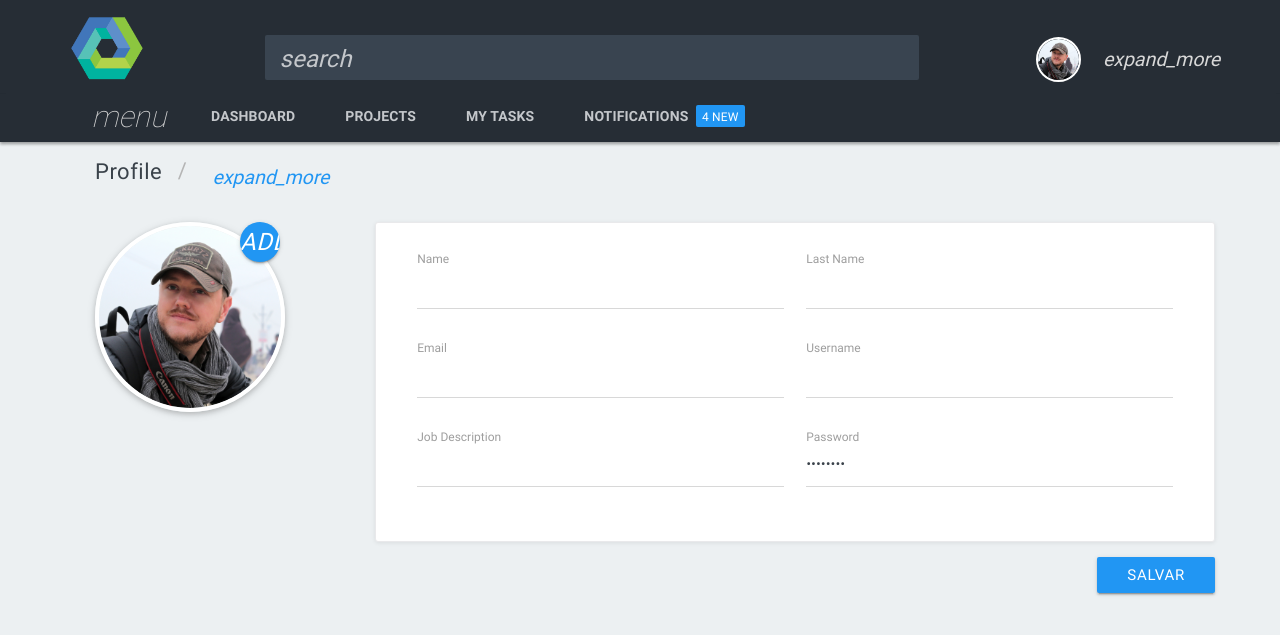
Repository: RenanChagas/ProjectManagement
Page: http://localhost/finalproject/WEB-INF/views/profile.jsp
An editor plug-in stored every save of this project. The page is shown before and after the next save, followed by the edit.
The browser window is 1280 px wide. The pictures show the whole page.
The page is served by Tomcat 9. Nobody is signed in. Other server files are loaded and not shown. The template is opened directly, without the code that normally fills it, so the values that code supplies are empty.

Above is the page before, as saved 2017-08-27 21:31:38.

### finalproject/src/main/webapp/WEB-INF/views/profile.jsp
<%@ page language="java" contentType="text/html; charset=ISO-8859-1" pageEncoding="ISO-8859-1"%>
<%@ taglib prefix="c" uri="http://java.sun.com/jsp/jstl/core"%>
<%@ taglib prefix="form" uri="http://www.springframework.org/tags/form"%>
<%@ taglib prefix="t" uri="http://www.springframework.org/tags"%>

<!DOCTYPE html>
<html lang="en">
<head>
  <meta http-equiv="Content-Type" content="text/html; charset=UTF-8"/>
  <meta name="viewport" content="width=device-width, initial-scale=1, maximum-scale=1.0"/>
  <title>Course Management</title>

  <!-- CSS  -->
  <link href="https://fonts.googleapis.com/icon?family=Material+Icons" rel="stylesheet">
  <link type="text/css" rel="stylesheet" media="screen,projection" href="<c:url value='/static/css/materialize.css' />"/>
  <link type="text/css" rel="stylesheet" media="screen,projection" href="<c:url value='/static/css/custom-css.css' />"/>

  <!--  Scripts-->
  <script src="<c:url value="/static/js/jquery-2.1.1.min.js" />"></script>
  <script src="<c:url value="/static/js/materialize.js" />"></script>
  <script src="<c:url value="/static/js/menu.js" />"></script>

  <!-- Website Logo -->
  <link rel="icon" href="<c:url value="/static/images/default/logo.png"/>">

  <script type="text/javascript">

  $(document).ready(function(){

	  $('#uploadAvatar').click(function(){
		    $('#avatar-form').submit();
		});

  });

  </script>


</head>
<body>

	<!-- NAV TOP  -->
	<nav id="logo_nav" class="MDC-navbar-style MDC-shadow-0 hide-on-small-and-down">
    	<div class="nav-wrapper MDC-nav-margin">
    		<!--  NAV CONTAINER -->
      		<div class="row MDC-nav-top-container ">

        	<!-- Logo -->
        	<div class="col s12 m3 l2">
          		<div class="MDC-nav-logo-position">
          			<img src="<c:url value="/static/images/default/logo.png"/>" class="MDC-nav-logo-size"/>
          		</div>
        	</div>

        	<!-- Search -->
        	<div class="col s12 m7 l7">
          		<div class="MDC-nav-search-position">
            	<form>
              		<div class="input-field">
                		<input id="search" type="search" class="MDC-nav-search-focus" required>
                		<label class="label-icon" for="search"><i class="material-icons MDC-nav-search-focus">search</i></label>
                  		<i class="material-icons MDC-nav-search-focus">close</i>
              		</div>
            	</form>
          		</div>
        	</div>

        	<!-- Avatar -->
        	<div class="col s12 m2 l3">
          		<div class="MDC-nav-account-position">
	            	<!-- Dropdown Trigger -->
	            	<a class="dropdown-button " data-beloworigin="true"
	               		href='#' data-activates='account-dropdown'>
	               		<div class="MDC-nav-account-option-position hide-on-med-and-down">
	                		 <i class="material-icons MDC-icon-small MDC-color-grey-light">expand_more</i>
	               		</div>
	               		<span class="MDC-login-text MDC-nav-account-text-position
	               					MDC-color-grey-light hide-on-med-and-down">
	                 	${user.username}
	               		</span>
	               		<img src="<c:url value="/static/images/users/renanchagasw/renanchagasw.png"/>"
	               				class="MDC-avatar-circle-small mdc-nav-avatar-position"/>
	            	</a>
	            	<!-- Dropdown Structure -->
	            	<ul id='account-dropdown' class='dropdown-content MDC-nav-account-dropdown-position'>
	              		<li><a id="profile" class="modal-trigger MDC-color-grey-dark-2 MDC-font-15" href="profile">Profile</a></li>
	              		<li><a class="MDC-color-grey-dark-2 MDC-font-15" href="#!">Report a Problem</a></li>
	              		<li class="divider"></li>
	              		<li><a class="MDC-color-grey-dark-2 MDC-font-15" href="logout">Logout</a></li>
	            	</ul>
          		</div>
        	</div>

			</div>
			<!--  NAV CONTAINER - END-->
		</div>
	</nav>
	<!-- NAV TOP - END -->

  	<!-- NAV MENU  -->
  <div class="MDC-menu-fullWidth">
    <div class="MDC-shadow-bottom">
      <header class="MDC-shadow-bottom">
        <nav id="menu_nav" class="MDC-navbar-menu-size MDC-navbar-style MDC-shadow-0 MDC-nav-margin">
          <div class="nav-wrapper MDC-nav-margin MDC-left">
            <!-- MENU ROW -->
            <div class="row">
              <div class="col">
                <div class="MDC-nav-menu-container">

                  <ul id="nav-mobile" class="MDC-nav-menu-ul left left-align">
                    <a href="#" id="mobile-icon" onclick="openNav()" class="left MDC-padding-mobile-0
                    MDC-hover-none">
                      <i class="material-icons MDC-nav-tabs-icon MDC-color-grey-light">
                        menu
                      </i>
                    </a>
                    <li class="MDC-navbar-menu"><a href="dashboard">Dashboard</a></li>
                    <li class="MDC-navbar-menu"><a href="#!">Projects</a></li>
                    <li class="MDC-navbar-menu"><a href="#!">My Tasks</a></li>
                    <li class="MDC-navbar-menu"><a href="#!">Notifications
                      <span class="new badge MDC-notification-badge-style" data-badge-caption="">
                        <font class="MDC-font-weight-400">4 NEW</font>
                      </span>
                      </a>
                    </li>
                  </ul>
                  <div id="mySidenav" class="MDC-sidenav">
                    <a href="javascript:void(0)" class="MDC-closebtn" onclick="closeNav()">x</a>
                    <a href="#">About</a>
                    <a href="#">Services</a>
                    <a href="#">Clients</a>
                    <a href="#">Contact</a>
                  </div>

                </div>
              </div>
            </div>
            <!-- MENU ROW - END -->
          </div>
        </nav>
      </header>
    </div>
  </div>
  <!-- NAV MENU - END -->

  <!-- TITLE PAGE -->
  <div class="row  MDC-page-center MDC-page-container">
    <div class="col MDC-padding-0 left">
      <div class="MDC-page-title-size">
        <font class="MDC-h5-style MDC-color-grey-dark-2 MDC-display-inline">Profile</font>
        <font class="MDC-h5-style MDC-color-grey-light-2 MDC-display-inline MDC-relative
                     MDC-news-counterBar-position">/
        </font>
        <font class="MDC-h5-style MDC-color-blue MDC-display-inline">${user.username}</font>
        <i class="material-icons MDC-icon-small MDC-color-blue
                  MDC-news-expand-icon-position MDC-relative">expand_more</i>

      </div>
    </div>
  </div>
  <!-- TITLE PAGE - END -->

  <div class="MDC-page-center MDC-page-container">
    <div class="row MDC-page-margin-top">

      <!-- AVATAR LEFT -->
      <form id="avatar-form" method="POST" action="uploadFile" enctype="multipart/form-data">
      <div class="col s12 m5 l3 MDC-padding-0">
        <a id="uploadAvatar" class="btn-floating btn waves-effect MDC-absolute
                                  MDC-profile-add-position right">
          <i class="material-icons">add</i>
          <input type="file" name="file" />
        </a>
        <img src="<c:url value="/static/images/users/renanchagasw/renanchagasw.png"/>"
             class="MDC-image-circle-large MDC-shadow-default"/>

      </div>
	  </form>

      <!-- FORM - BEGIN -->
      <form:form id="profile-form" method="POST" modelAttribute="user" class="form-horizontal">
      <div class="col s12 m12 l9 MDC-padding-0">
        <div class="MDC-card MDC-profile-card-container">

            <!-- FIRST NAME -->
            <div class="input-field col s12 m6 l6 MDC-margin-bottom8">
              	<form:input value="${user.firstName}" id="firstName" placeholder="" type="text" path="firstName"
              			length="15" data-length="100"
						class="MDC-border-grey-light MDC-font-15 MDC-color-grey-dark-2 MDC-font-weight-300"/>
				<label for="input_text">Name</label>
            </div>
            <!-- LAST NAME -->
            <div class="input-field col s12 m6 l6 MDC-margin-bottom8">
              	<form:input value="${user.lastName}" id="lastName"	placeholder=""	type="text"	path="lastName"
              			data-length="100" class="MDC-border-grey-light MDC-font-15 MDC-color-grey-dark-2 MDC-font-weight-300"/>
              	<label for="lastName">Last Name</label>
            </div>
            <!-- EMAIL -->
            <div class="input-field col s12 m6 l6 MDC-margin-bottom8">
              <form:input value="${user.email}" id="email" placeholder="" type="email" path="email"
              			data-length="100" class="MDC-border-grey-light MDC-font-15 MDC-color-grey-dark-2 MDC-font-weight-300"/>
              <label for="email">Email</label>
            </div>
            <!-- USERNAME -->
            <div class="input-field col s12 m6 l6 MDC-margin-bottom8">
              <form:input value="${user.username}" id="username" placeholder="" type="text" path="username"
              			data-length="100" class="MDC-border-grey-light MDC-font-15 MDC-color-grey-dark-2 MDC-font-weight-300"/>
              <label for="username">Username</label>
            </div>
            <!-- JOB DESCRIPTION -->
            <div class="input-field col s12 m6 l6 MDC-margin-bottom8">
              <form:input value="${user.jobDesc}" id="jobDesc" placeholder="" type="text" path="jobDesc"
              			data-length="50" class="MDC-border-grey-light MDC-font-15 MDC-color-grey-dark-2 MDC-font-weight-300"/>
              <label for="jobDesc">Job Description</label>
            </div>
            <!-- JOB DESCRIPTION -->
            <div class="input-field col s12 m6 l6 MDC-margin-bottom8">
              <form:input value="password" id="password" placeholder="" type="password" path="password"
              			data-length="20" class="MDC-border-grey-light MDC-font-15 MDC-color-grey-dark-2 MDC-font-weight-300"/>
              <label for="password">Password</label>
            </div>
        </div>
        <button id="salvar" type="submit" class="btn waves-effect waves-light
        blue MDC-form-text right" name="action">
          Salvar
        </button>
      </div>
      </form:form>
      <!-- FORM - END -->

    </div>
  </div>

</body>
</html>

Loaded but not shown: finalproject/src/main/webapp/static/css/materialize.css (library); finalproject/src/main/webapp/static/js/jquery-2.1.1.min.js (library); finalproject/src/main/webapp/static/js/materialize.js (library); finalproject/src/main/webapp/static/js/menu.js (49 lines, source omitted); finalproject/src/main/webapp/static/css/custom-css.css (1593 lines, source omitted)

After the next save:
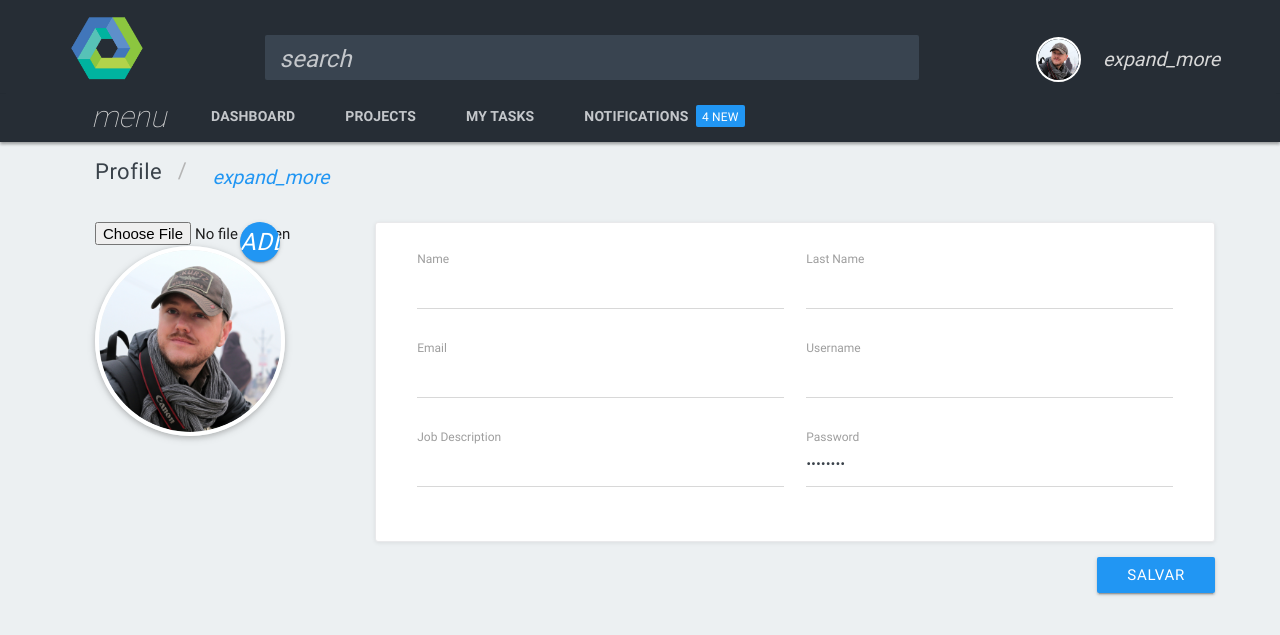
Saved 71 s later.
--- a/finalproject/src/main/webapp/WEB-INF/views/profile.jsp
+++ b/finalproject/src/main/webapp/WEB-INF/views/profile.jsp
@@ -170,8 +170,8 @@
         <a id="uploadAvatar" class="btn-floating btn waves-effect MDC-absolute
                                   MDC-profile-add-position right">
           <i class="material-icons">add</i>
-          <input type="file" name="file" />
         </a>
+        <input type="file" name="file" />
         <img src="<c:url value="/static/images/users/renanchagasw/renanchagasw.png"/>"
              class="MDC-image-circle-large MDC-shadow-default"/>
 

After the 2 saves that followed:
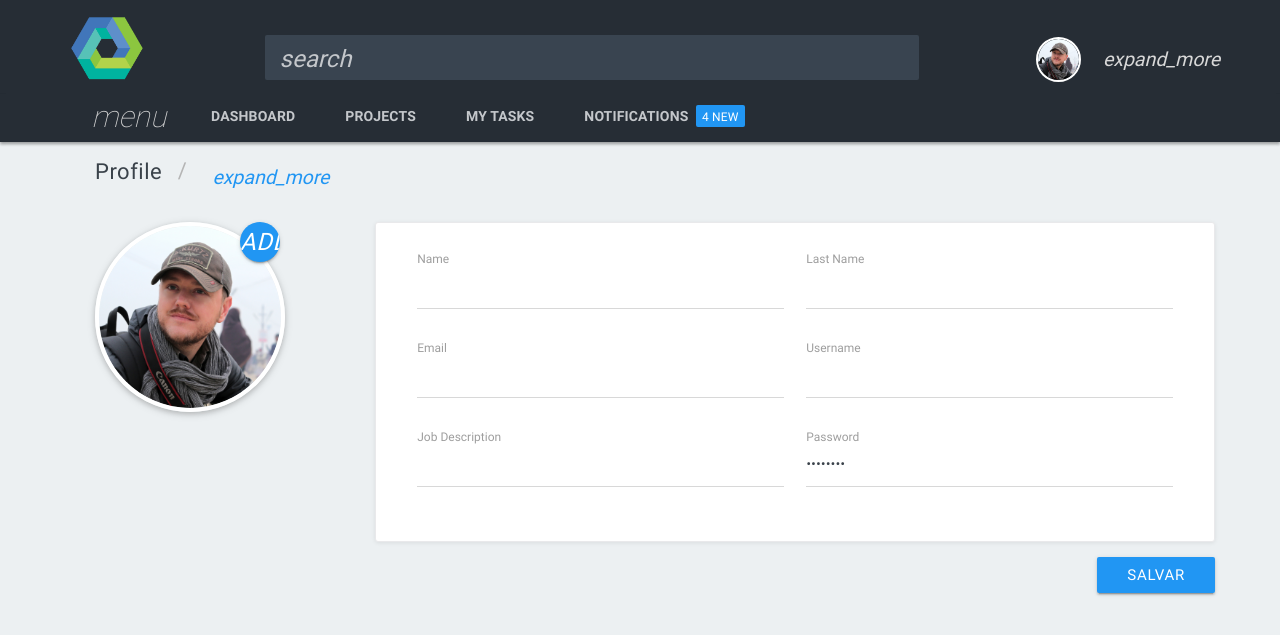
The 2 saves are shown as one change because 1 left the picture as it was.
The last was saved 2 min 23 s later.
--- a/finalproject/src/main/webapp/WEB-INF/views/profile.jsp
+++ b/finalproject/src/main/webapp/WEB-INF/views/profile.jsp
@@ -171,7 +171,7 @@
                                   MDC-profile-add-position right">
           <i class="material-icons">add</i>
         </a>
-        <input type="file" name="file" />
+        <input type="file" name="file" hidden>
         <img src="<c:url value="/static/images/users/renanchagasw/renanchagasw.png"/>"
              class="MDC-image-circle-large MDC-shadow-default"/>
 
